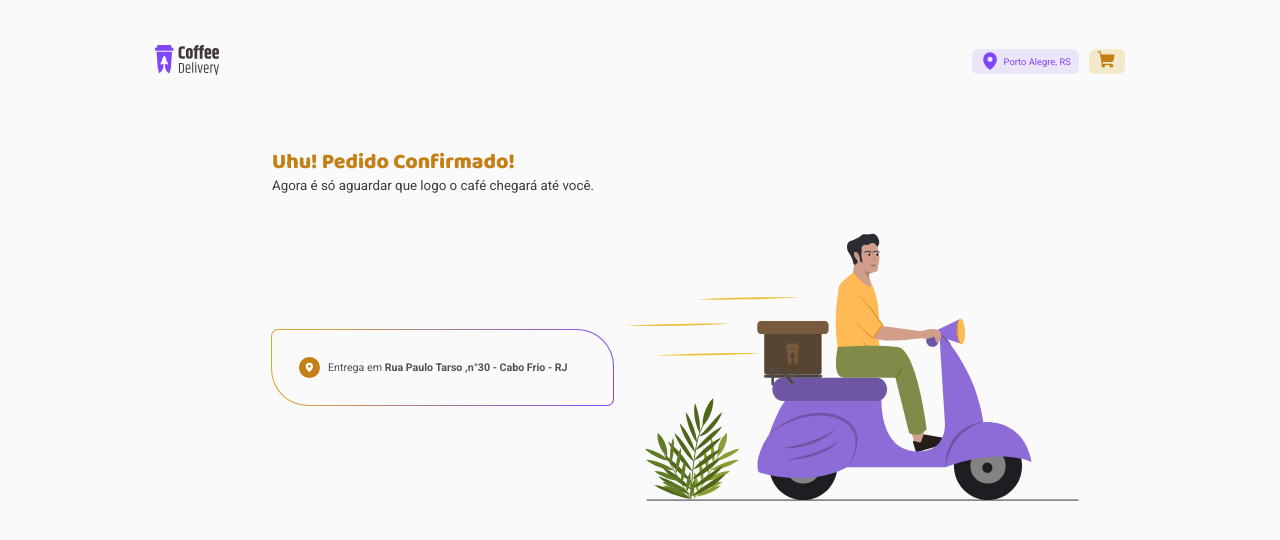
Repository: guilhermecardoso93/react-coffee-delivery
Page: /orderconfirmed
These files come from the project's save history. The page is drawn as it stood at one moment and after the next save; the edit follows.
The browser window is 1280 px wide. The pictures show the whole page.
The project was rebuilt for these pictures with package versions that can differ from the ones it lists, and the page was loaded fresh each time. Also part of the build but not shown: vite.config.ts, src/pages/CompleteOrder/components/SectiontitleForm/styles.ts, src/pages/CompleteOrder/components/SectiontitleForm/index.tsx, src/components/Input/styles.ts, src/components/Input/index.tsx, src/pages/CompleteOrder/styles.ts, src/pages/CompleteOrder/components/CompleteOrderForm/styles.ts, src/pages/CompleteOrder/components/CompleteOrderForm/AdressForm.tsx and 23 more.

Above is the page before, as saved 2022-07-20 22:22:27.

### index.html
<!DOCTYPE html>
<html lang="en">
  <head>
    <meta charset="UTF-8" />
    <link rel="icon" type="image/svg+xml" href="/src/assets/favicon.ico" />
    <link rel="preconnect" href="https://fonts.googleapis.com" />
    <link rel="preconnect" href="https://fonts.gstatic.com" crossorigin />
    <meta name="viewport" content="width=device-width, initial-scale=1.0" />
    <link
      href="https://fonts.googleapis.com/css2?family=Baloo+2:wght@700;800&family=Roboto:wght@400;500;700&display=swap"
      rel="stylesheet"
    />
    <title>Coffee Delivery - Rocketseat</title>
  </head>
  <body>
    <div id="root"></div>
    <script type="module" src="/src/main.tsx"></script>
  </body>
</html>

### src/App.tsx
import { ThemeProvider } from "styled-components";
import { defaultTheme } from "./styles/themes/default";
import { GlobalStyle } from "./styles/global";
import { Router } from "./Router";
import { BrowserRouter } from "react-router-dom";

export function App() {
  return (
    <ThemeProvider theme={defaultTheme}>
      <BrowserRouter>
        <Router />
        <GlobalStyle />
      </BrowserRouter>
    </ThemeProvider>
  );
}

### src/styles/themes/default.ts
export const defaultTheme = {
  colors: {
    "white": "#FFFFFF",
    "base-background": "#FAFAFA",
    "base-card": "#F3F2F2",
    "base-input": "#EDEDED",
    "base-button": "#E6E5E5",
    "base-hover": "#D7D5D5",
    "base-label": "#8D8686",
    "base-text": "#574F4D",
    "base-subtitle": "#403937",
    "base-title": "#272221",
    "base-error": "#f84747",
    "brand-purple-dark": "#4B2995",
    "brand-purple": "#8047F8",
    "brand-purple-light": "#EBE5F9",
    "brand-yellow-dark": "#C47F17",
    "brand-yellow": "#DBAC2C",
    "brand-yellow-light": "#F1E9C9"
  },
  textSizes: {
    "title-title-xl": "3rem",
    "title-title-l": "2rem",
    "title-title-m": "1.5rem",
    "title-title-s": "1.2rem",
    "title-title-xs": "1.125rem",
    "text-regular-l": "1.25rem",
    "text-bold-l": "1.25rem",
    "text-regular-m": "1rem",
    "text-bold-m": "1rem",
    "text-regular-s": "0.875rem",
    "text-bold-s": "0.75rem",
    "components-tag": "0.625rem",
    "components-button-g": "0.875rem",
    "components-button-s": "0.75rem",
  },
  fonts: {
    regular: "'Roboto'",
    title: "'Baloo 2'",
  },
};

### src/styles/global.ts
import { createGlobalStyle } from "styled-components";
import { px2vw } from "../utils/px2vw";

export const GlobalStyle = createGlobalStyle`
  * {
    margin: 0;
    padding: 0;
    box-sizing: border-box;
    outline: none;
  }
  :root {
      font-size: ${px2vw(16)};

      @media (min-width: 768px) {
        font-size: ${px2vw(14)};
      }

      @media (min-width: 1024px) {
        font-size: ${px2vw(12)};
      }
    }
  body {
    background: ${({ theme }) => theme.colors["base-background"]};
    color: ${({ theme }) => theme.colors["base-text"]};
    -webkit-font-smoothing: antialiased;
  }
  body, input, textarea, button {
    font-family: 'Roboto', sans-serif;
    font-weight: 400;
    font-size: 1rem;
  }
  button {
    cursor: pointer;
  }
  a {
    text-decoration: none;
  }
  input::-webkit-outer-spin-button,
  input::-webkit-inner-spin-button {
    -webkit-appearance: none;
    margin: 0;
  }
  input[type="number"] {
    -moz-appearance: textfield;
  }
  ::-webkit-scrollbar {
    width: 0.4rem;
  }
  ::-webkit-scrollbar-track {
    background: ${({ theme }) => theme.colors["base-button"]}
  }
  ::-webkit-scrollbar-thumb {
    border-radius: 2rem;
    background: ${({ theme }) => theme.colors["brand-purple"]}
  }
`;

### src/Router.tsx
import { Route, Routes } from "react-router-dom";
import { DefaultLayout } from "./layouts/DefaultLayout";
import { CompleteOrder } from "./pages/CompleteOrder";
import { Home } from "./pages/Home";
import { OrderConfirmed } from "./pages/OrderConfirmed";

export function Router() {
  return (
    <Routes>
      <Route path="/" element={<DefaultLayout />}>
        <Route path="/" element={<Home />} />
        <Route path="/completeorder" element={<CompleteOrder />} />
        <Route path="/orderconfirmed" element={<OrderConfirmed />} />
      </Route>
    </Routes>
  );
}

### src/utils/px2vw.ts
export const px2vw = (size: number, width = 1440) => `${(size / width) * 100}vw`;

### src/pages/OrderConfirmed/index.tsx
import { RegularText, TitleText } from "../../components/Texts";
import { Coffee, MapPin, Package, ShoppingCart, Timer } from "phosphor-react";
import OrderConfirmedImg from "../../assets/Illustration.svg";
import { OrderConfirmedContainer, OrderDetailsContainer } from "./styles";
import { Icon } from "../../components/QuantityInput/styles";
import { IconList } from "../Home/Intro/styles";
import { useTheme } from "styled-components";
import { InfoWithIconContainer } from "../../components/InfoWithIcon/styles";
import { InfoWithIcon } from "../../components/InfoWithIcon";

export function OrderConfirmed() {

  const { colors } = useTheme();

  return (
    <OrderConfirmedContainer className="container">
      <div>
        <TitleText size="l">Uhu! Pedido Confirmado!</TitleText>
        <RegularText size="l" color="subtitle">
          {" "}Agora é só aguardar que logo o café chegará até você.
        </RegularText>
      </div>
      <section>
        <OrderDetailsContainer>
         <InfoWithIcon
            icon={<MapPin weight="fill"/>}
            iconBg={colors["brand-yellow-dark"]}
            text= {
              <RegularText>
                Entrega em <strong>Rua Paulo Tarso ,n°30 - Cabo Frio - RJ</strong>
              </RegularText>
            }
          />
        </OrderDetailsContainer>
        <img src={OrderConfirmedImg} alt="" />
      </section>
    </OrderConfirmedContainer>
  );
}

### src/components/Header/index.tsx
import { MapPin, ShoppingCart } from "phosphor-react";
import { NavLink } from "react-router-dom";
import Logo from "../../assets/logo.svg";
import { HeaderButton, HeaderButtonBase, HeaderContainer } from "./styles";

export function Header() {
  return (
    <HeaderContainer>
      <div>
        <NavLink to="/">
          <img
            src={Logo}
            alt="Coffee Delivery Logo - copo de café escrito delivery"
          />
        </NavLink>
      </div>
      <div>
        <HeaderButton>
          <HeaderButtonBase variant="purple">
            <MapPin size={20} weight="fill" />
            Porto Alegre, RS
          </HeaderButtonBase>
          <HeaderButtonBase variant="yellow">
            <NavLink to="/completeorder">
              <ShoppingCart size={20} weight="fill" />
            </NavLink>
          </HeaderButtonBase>
        </HeaderButton>
      </div>
    </HeaderContainer>
  );
}

### src/layouts/DefaultLayout/styles.ts
import styled from "styled-components";

export const LayoutContainer = styled.div`
  max-width: 80vw;
  margin: 0 auto;
  padding: 2.5rem;

  display: flex;
  flex-direction: column;

  .container {
    width: 100%;
    max-width: 70rem;
    margin-right: auto;
    margin-left: auto;

    padding: 0 0.5rem;
  }
`;

### src/components/Texts.ts
import styled from "styled-components";

interface TitleTextProps {
  size?: "xl" | "l" | "m" | "s" | "xs";
  color?: "title" | "subtitle" | "text";
  weight?: string | number;
}

interface RegularTextProps {
  size?: "l" | "m" | "s";
  color?: "text" | "subtitle" | "label";
  weight?: string | number;
}

export const TitleText = styled.h1<TitleTextProps>`
  color: ${({ theme, color }) => theme.colors[`base-${color ?? "title"}`]};
  font-size: ${({ theme, size }) =>
    theme.textSizes[`title-title-${size ?? "m"}`]};
  font-family: ${({ theme }) => theme.fonts.title};
  line-height: 130%;
  font-weight: ${({ weight }) => weight ?? 800};
`;

export const RegularText = styled.p<RegularTextProps>`
  color: ${({ theme, color }) => theme.colors[`base-${color ?? "text"}`]};
  font-size: ${({ theme, size }) =>
    theme.textSizes[`text-regular-${size ?? "m"}`]};
  line-height: 130%;
  font-weight: ${({ weight }) => weight ?? 400};
`;

### src/pages/OrderConfirmed/styles.ts
import styled from "styled-components";

export const OrderConfirmedContainer = styled.form`
  display: flex;
  flex-direction: column;
  gap: 2.5rem;
  margin-top: 5rem;

  h1 {
    color: ${({ theme }) => theme.colors["brand-yellow-dark"]};
  }

  > section {
    display: flex;
    align-items: center;
    justify-content: space-between;
  }
`;

export const OrderDetailsContainer = styled.div`
  display: flex;
  flex-direction: column;
  position: relative;
  gap: 2rem;
  padding: 2.5rem;
  min-width: 32rem;

  border-radius: 6px 36px 6px 36px;
  background: ${({ theme }) => theme.colors["base-background"]};

  &::before {
    content: "";
    position: absolute;
    inset: -1px;
    z-index: -1;
    border-radius: 7px 37px 7px 37px;
    background: linear-gradient(102.89deg, #dbac2c 2.61%, #8047f8 98.76%);
  }
`;

### src/components/InfoWithIcon/index.tsx
import { InfoWithIconContainer, IconContainer } from "./styles";
import { ReactNode } from "react";

interface BenefitItemProps {
  icon: ReactNode;
  text: string | ReactNode;
  iconBg: string;
}

export function InfoWithIcon({ icon, text, iconBg }: BenefitItemProps) {
  return (
    <InfoWithIconContainer>
      <IconContainer iconBg={iconBg}>
        {icon}
      </IconContainer>
      {typeof text === "string"
        ? <p>
            {text}
          </p>
        : text}
    </InfoWithIconContainer>
  );
}

### src/components/Header/styles.ts
import styled, { css } from "styled-components";

export const HeaderContainer = styled.header`
  width: 100%;
  display: flex;
  align-items: center;
  justify-content: space-between;
  height: 6.5rem;
  background: ${({ theme }) => theme.colors["base-background"]};
  position: sticky;
  top: 0;
  left: 0;
  z-index: 5;

  img {
    width:6rem;
  }
`;

export const HeaderButton = styled.div`
  display: flex;
  align-items: center;
  justify-content: center;
  gap: 1rem;
`;

interface HeaderButtonProps {
  variant: "purple" | "yellow";
}

export const HeaderButtonBase = styled.div<HeaderButtonProps>`
  display: flex;
  justify-content: center;
  align-items: center;
  padding: 8px;
  gap: 4px;
  border-radius: 6px;
  border: none;
  min-width: 2.3rem;
  height: 2.3rem;
  position: relative;
  font-size: 0.875rem;

  ${({ variant, theme }) =>
    variant === "purple" &&
    css`
      background-color: ${theme.colors[`brand-${variant}-light`]};
      color: ${theme.colors[`brand-${variant}`]};
    `}

  ${({ variant, theme }) =>
    variant === "yellow" &&
    css`
      background-color: ${theme.colors[`brand-${variant}-light`]};
      svg {
        color: ${theme.colors[`brand-${variant}-dark`]};
      }
    `}
`;

### src/components/InfoWithIcon/styles.ts
import styled from "styled-components";

export const InfoWithIconContainer = styled.div`
  display: flex;
  align-items: center;
  gap: 0.75rem;
`;

interface IconsContainerProps {
  iconBg: string;
}

export const IconContainer = styled.div<IconsContainerProps>`
  width: 2rem;
  height: 2rem;
  border-radius: 50%;
  background: ${({ iconBg }) => iconBg};
  color: ${({ theme }) => theme.colors["white"]};
  display: flex;
  align-items: center;
  justify-content: center;
`;

Loaded but not shown: src/main.tsx (common file); src/layouts/DefaultLayout/index.tsx (common file)

After the next save:
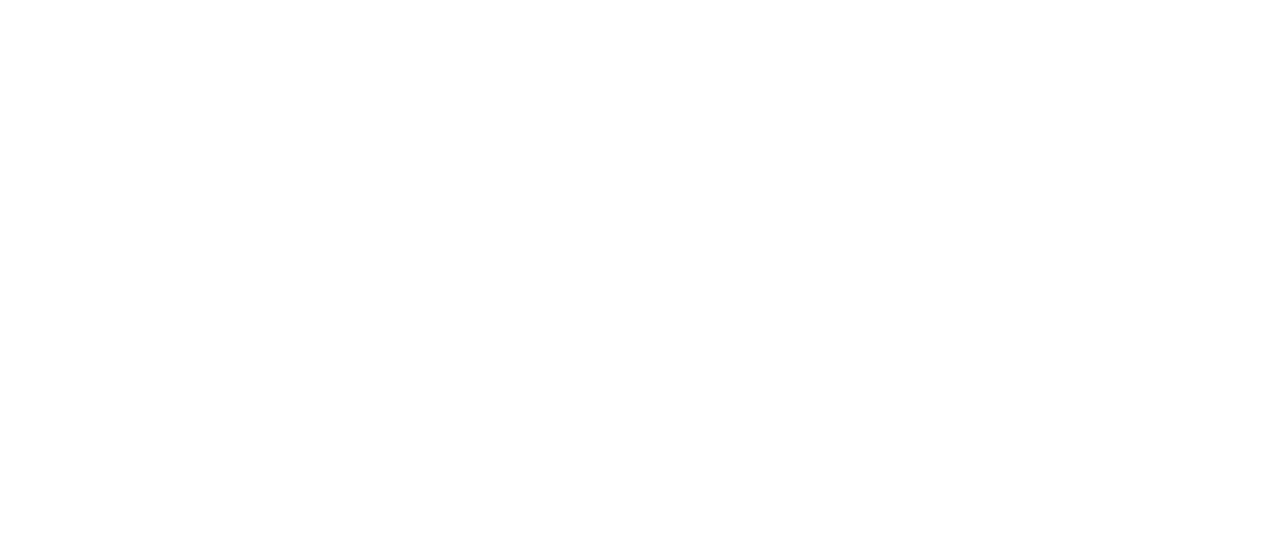
Console error (its wording comes from the project's code and is left out).
Saved 44 s later.
--- a/src/pages/OrderConfirmed/index.tsx
+++ b/src/pages/OrderConfirmed/index.tsx
@@ -27,7 +27,8 @@
             iconBg={colors["brand-yellow-dark"]}
             text= {
               <RegularText>
-                Entrega em <strong>Rua Paulo Tarso ,n°30 - Cabo Frio - RJ</strong>
+                Entrega em <strong>Rua Paulo Tarso ,n°30
+                <br>Cabo Frio - RJ</br></strong>
               </RegularText>
             }
           />

After the 2 saves that followed:
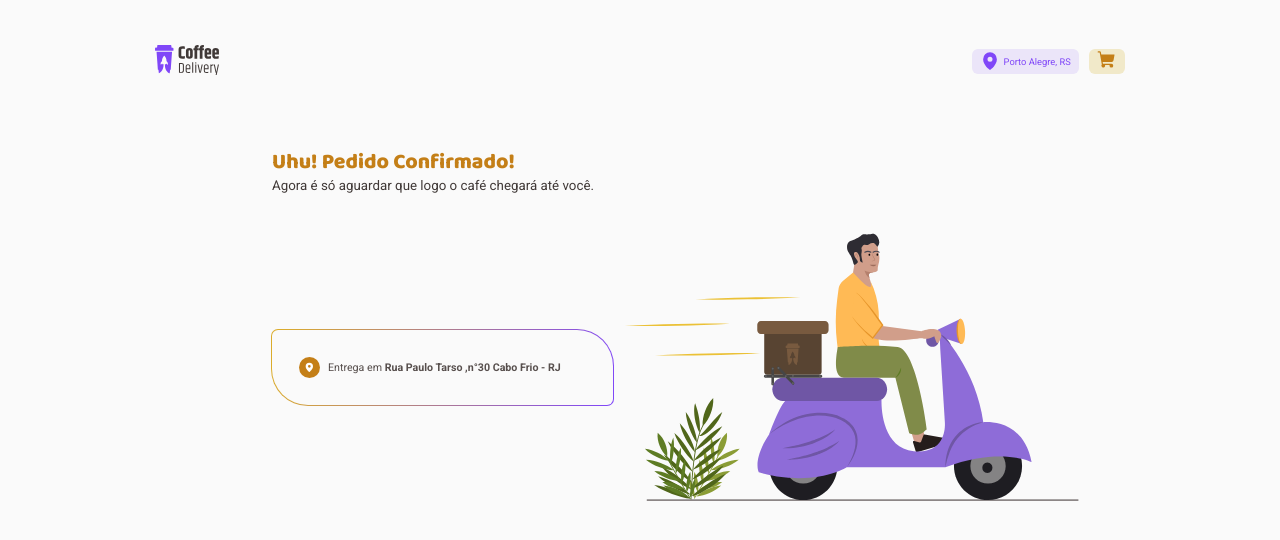
The error is gone.
The 2 saves are shown as one change because 1 left the picture as it was.
The last was saved 23 s later.
--- a/src/pages/OrderConfirmed/index.tsx
+++ b/src/pages/OrderConfirmed/index.tsx
@@ -9,7 +9,6 @@
 import { InfoWithIcon } from "../../components/InfoWithIcon";
 
 export function OrderConfirmed() {
-
   const { colors } = useTheme();
 
   return (
@@ -22,13 +21,16 @@
       </div>
       <section>
         <OrderDetailsContainer>
-         <InfoWithIcon
-            icon={<MapPin weight="fill"/>}
+          <InfoWithIcon
+            icon={<MapPin weight="fill" />}
             iconBg={colors["brand-yellow-dark"]}
-            text= {
+            text={
               <RegularText>
-                Entrega em <strong>Rua Paulo Tarso ,n°30
-                <br>Cabo Frio - RJ</br></strong>
+                Entrega em{" "}
+                <strong>
+                  Rua Paulo Tarso ,n°30
+                  Cabo Frio - RJ<br/>
+                </strong>
               </RegularText>
             }
           />
